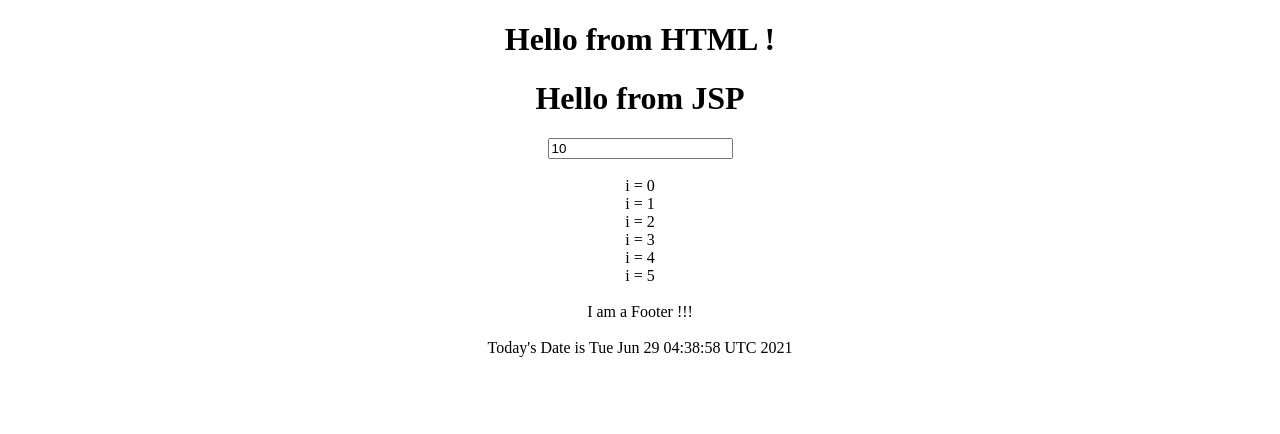
Repository: StarCoder09/JavaWorkspace
Page: http://localhost/JSP_demo/
The author's editor kept a copy of each file at every save. The page is drawn from the files as they stood at one save, then again after the next save.
The browser window is 1280 px wide. The pictures show the whole page.
The page is served by Tomcat 9.

Above is the page before, as saved 2021-07-01 05:35:19.

After the next save:
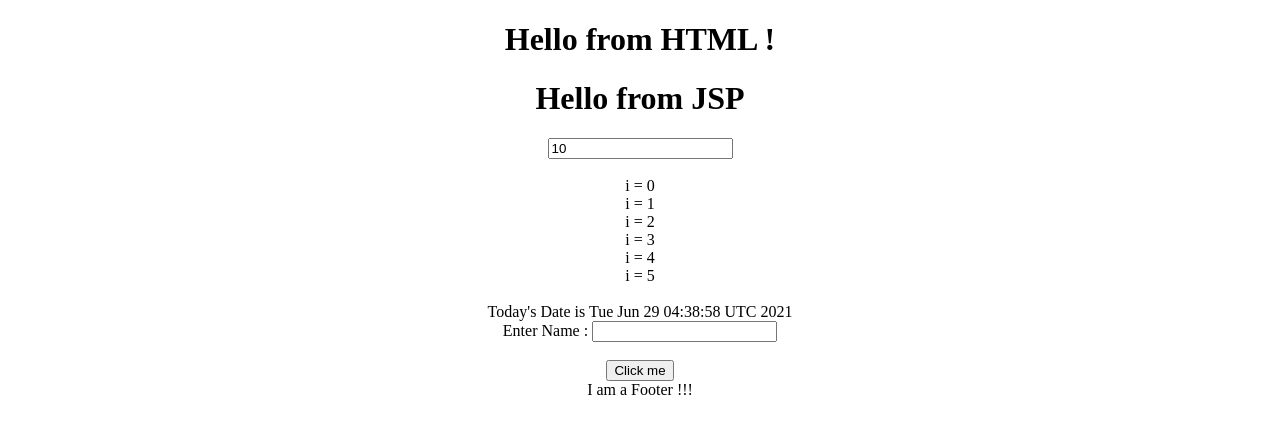
Saved 5 min 48 s later.
--- a/JSP_demo/src/main/webapp/index.jsp
+++ b/JSP_demo/src/main/webapp/index.jsp
@@ -22,11 +22,7 @@
 					out.print("i = " + i + "<br/>");
 				}
 			%>
-		</div>
-		<br/>
-
-		<%@include file="footer.html" %>
-		<div align="center">
+			<br/>
 			Today's Date is <%= new Date() %>
 			<%--JSP Implicit Objects
 				out - JspWriter
@@ -39,6 +35,13 @@
 				response - HttpServletResponse
 
 			 --%>
+			 <br/>
+			 <form action="">
+			 	Enter Name : <input type="text" name="fname">
+			 	<br/><br/>
+			 	<input type="submit" value="Click me" name="click">
+			 </form>
 		</div>
+		<%@include file="footer.html" %>
 	</body>
 </html>
